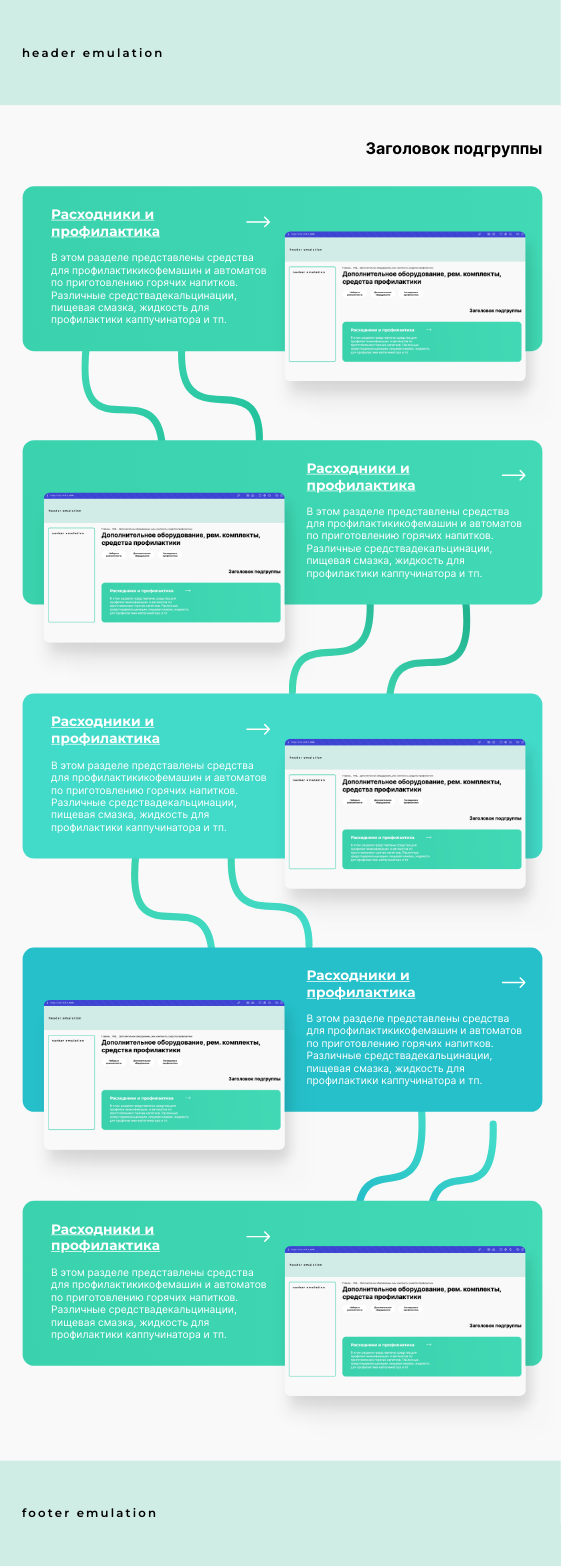
Repository: axonde/venpart-faq-pages
Page: index.html
An editor plug-in stored every save of this project. The page is shown before and after the next save, followed by the edit.
The browser window is 768 px wide. The pictures show the whole page, at 73% of full size.

Above is the page before, as saved 2024-02-28 20:12:11.

After the next save:
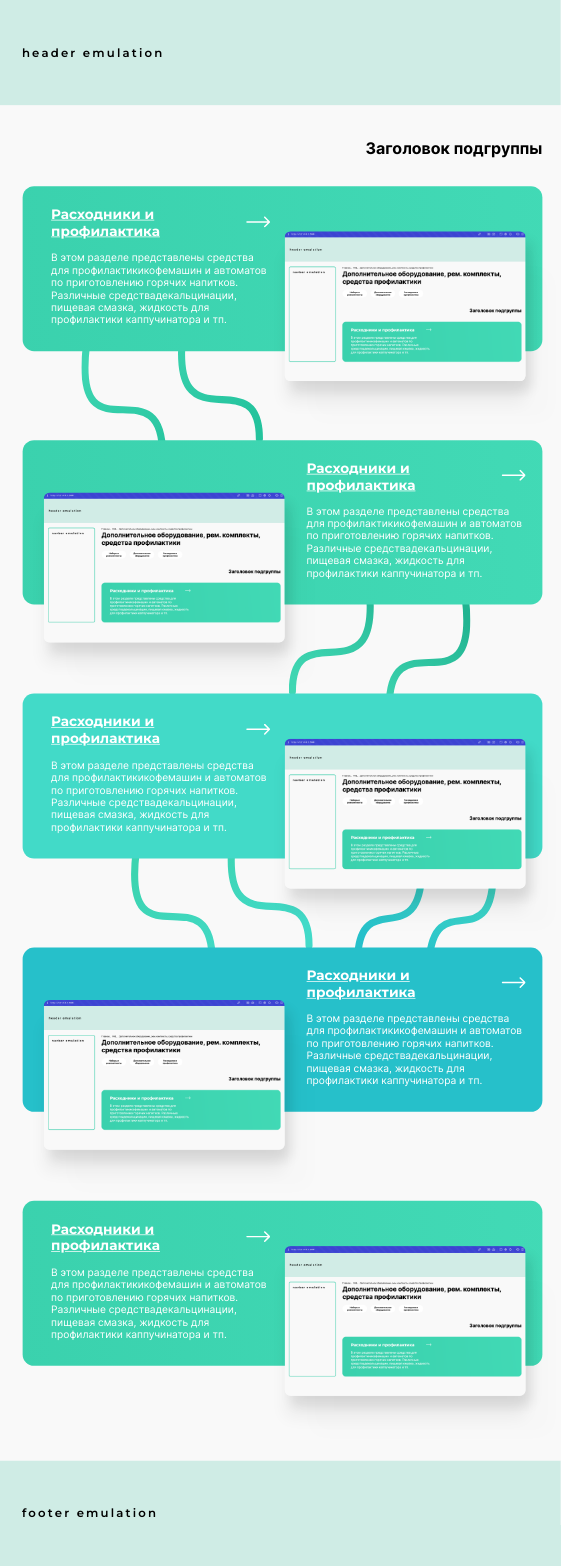
Saved 8 s later.
--- a/style.css
+++ b/style.css
@@ -657,7 +657,7 @@ scrollbar-width: none; /* Firefox */}
     left: 27px;}
 	.faq__item:nth-child(2n)::after {right: 45px;}
 	.faq__item:nth-child(3n)::after {left: 95px;}
-	.faq__item:nth-child(4n)::after {left: initial; right: 20px;}
+	.faq__item:nth-child(4n)::after {left: initial; right: 20px; top: -180px;}
 
 		.faq__item--text-wrapper {
 			max-width: 378px;
